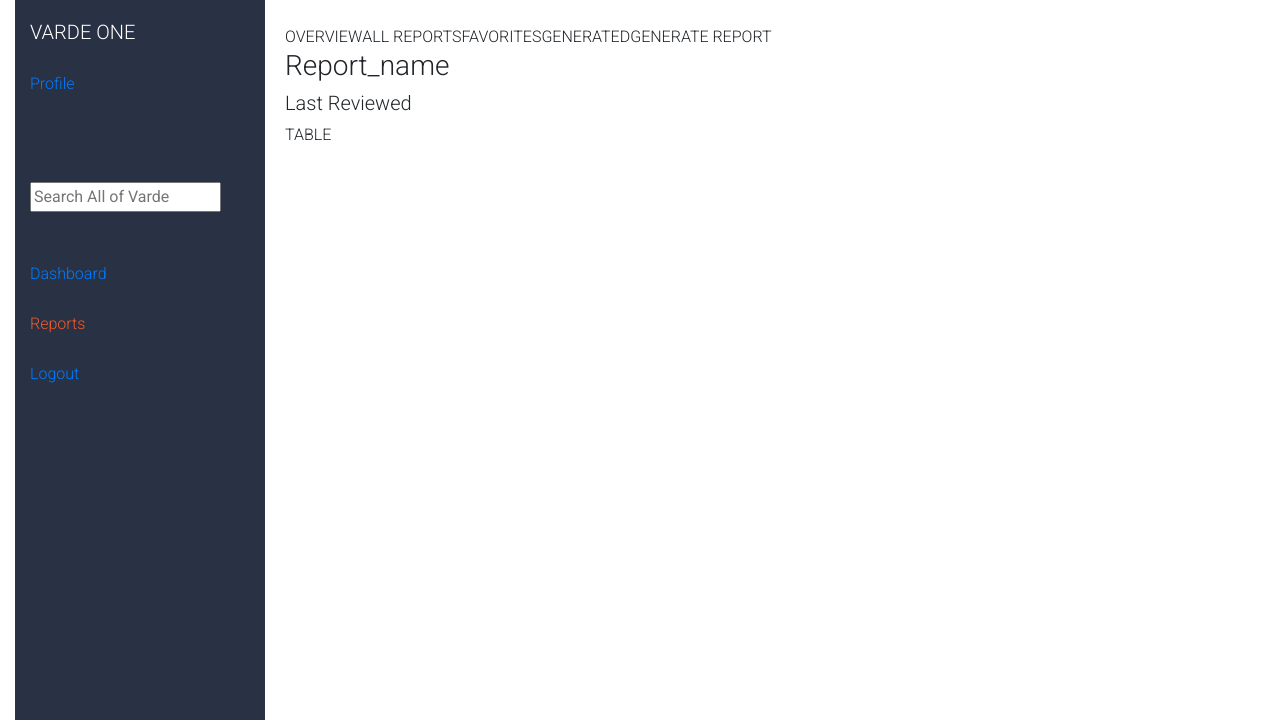
Repository: slavishtipkov/cra-redux
Page: /reports
An editor plug-in stored every save of this project. The page is shown before and after a run of saves, followed by the edit.
The browser window is 1280 px wide. The pictures show the whole page.
The project was rebuilt for these pictures with package versions that can differ from the ones it lists, and the page was loaded fresh each time.

Above is the page before, as saved 2019-07-09 13:18:01.

### src/index.js
import React from "react";
import ReactDOM from "react-dom";
import { BrowserRouter as Router } from "react-router-dom";

import * as serviceWorker from "./serviceWorker";

import "@fortawesome/fontawesome-free/css/all.min.css";
import "bootstrap-css-only/css/bootstrap.min.css";
import "mdbreact/dist/css/mdb.css";

import App from "./Components/App";

import "./index.css";

ReactDOM.render(
  <Router>
    <App />
  </Router>,
  document.getElementById("root")
);

// If you want your app to work offline and load faster, you can change
// unregister() to register() below. Note this comes with some pitfalls.
// Learn more about service workers: https://bit.ly/CRA-PWA
serviceWorker.unregister();

### src/index.css
@import-normalize;

#root {
  max-width: 1350px;
  min-width: 960px;
  margin: 0 auto;
}

### src/Components/App/App.js
import React, { Suspense, lazy } from "react";
import { Route, Switch } from "react-router-dom";

import SideBar from "../Common/SideBar";

import "./App.scss";

const Login = lazy(() => import("../../Containers/Login"));
const Profile = lazy(() => import("../../Containers/Profile"));
const Dashboard = lazy(() => import("../../Containers/Dashboard"));
const Reports = lazy(() => import("../../Containers/Reports"));
const NotFound = lazy(() => import("../Common/NotFound"));

const App = ({ childProps }) => {
  return (
    <div className="container-fluid">
      <SideBar />
      <Suspense fallback={<div>Loading...</div>}>
        <Switch>
          <Route path="/" exact component={Login} props={childProps} />
          <Route path="/profile" exact component={Profile} props={childProps} />
          <Route
            path="/dashboard"
            exact
            component={Dashboard}
            props={childProps}
          />
          <Route path="/reports" exact component={Reports} props={childProps} />
          <Route component={NotFound} />
        </Switch>
      </Suspense>
    </div>
  );
};

export default App;

### src/Components/App/App.scss
.container-fluid {
  width: 100%;
  height: 100vh;

  display: flex;
  align-items: stretch;

  .side-bar {
    width: 20%;
  }

  .page {
    padding-left: 20px;
    width: 80%;

    .page-header {
      .page-header-nav ul {
        display: flex;
        margin: 0;
        padding: 0;

        margin-top: 25px;

        li {
          display: block;
        }
      }
    }
  }
}

### src/Containers/Reports/index.js
import Reports from "./Reports";

export default Reports;

### src/Components/Common/SideBar/SideBar.js
import React from "react";
import { NavLink } from "react-router-dom";

import "./sideBar.scss";
import { MDBContainer, MDBRow, MDBCol } from "mdbreact";
const SideBar = () => {
  const activeStyle = { color: "#F15B2A" };

  return (
    <nav className="side-bar">
      <h5 className="heading">VARDE ONE</h5>
      <div className="profile-section">
        <NavLink to="/profile" activeStyle={activeStyle}>
          Profile
        </NavLink>
      </div>
      <div className="search-bar">
        <input type="text" placeholder="Search All of Varde" />
      </div>
      <div className="main-links">
        <NavLink to="/dashboard" activeStyle={activeStyle}>
          Dashboard
        </NavLink>
        <NavLink to="/reports" activeStyle={activeStyle} exact>
          Reports
        </NavLink>
      </div>
      <NavLink to="/logout" activeStyle={activeStyle}>
        Logout
      </NavLink>
    </nav>
  );
};

export default SideBar;

### src/Containers/Reports/Reports.js
import React from "react";

const Reports = () => (
  <div className="reports-page page">
    <div className="reports-page-header page-header">
      <div className="page-header-nav">
        <ul>
          <li>OVERVIEW</li>
          <li>ALL REPORTS</li>
          <li>FAVORITES</li>
          <li>GENERATED</li>
          <li>GENERATE REPORT</li>
        </ul>
      </div>
      <div className="page-header-content">
        <h3>Report_name</h3>
      </div>
    </div>
    <div className="page-content">
      <h5>Last Reviewed</h5>
      <div className="table">TABLE</div>
    </div>
  </div>
);

export default Reports;

### src/Components/Common/SideBar/sideBar.scss
.side-bar {
  display: flex;
  flex-direction: column;

  padding-left: 15px;
  padding-right: 15px;
  background-color: #293244;

  .heading {
    padding-top: 20px;
    padding-bottom: 20px;
    color: white;
  }

  .profile-section {
    height: 90px;
    margin-bottom: 20px;
  }

  .serach-bar {
    padding-top: 20px;
    margin-bottom: 50px;

    input {
      display: inline;
    }
  }

  .main-links {
    display: flex;
    flex-direction: column;
    margin-top: 50px;

    a {
      height: 50px;
      text-decoration: none;
    }
  }
}

Loaded but not shown: public/index.html (common file); src/serviceWorker.js (common file); src/Components/App/index.js (common file); src/Components/Common/SideBar/index.js (common file)

After the next 2 saves:
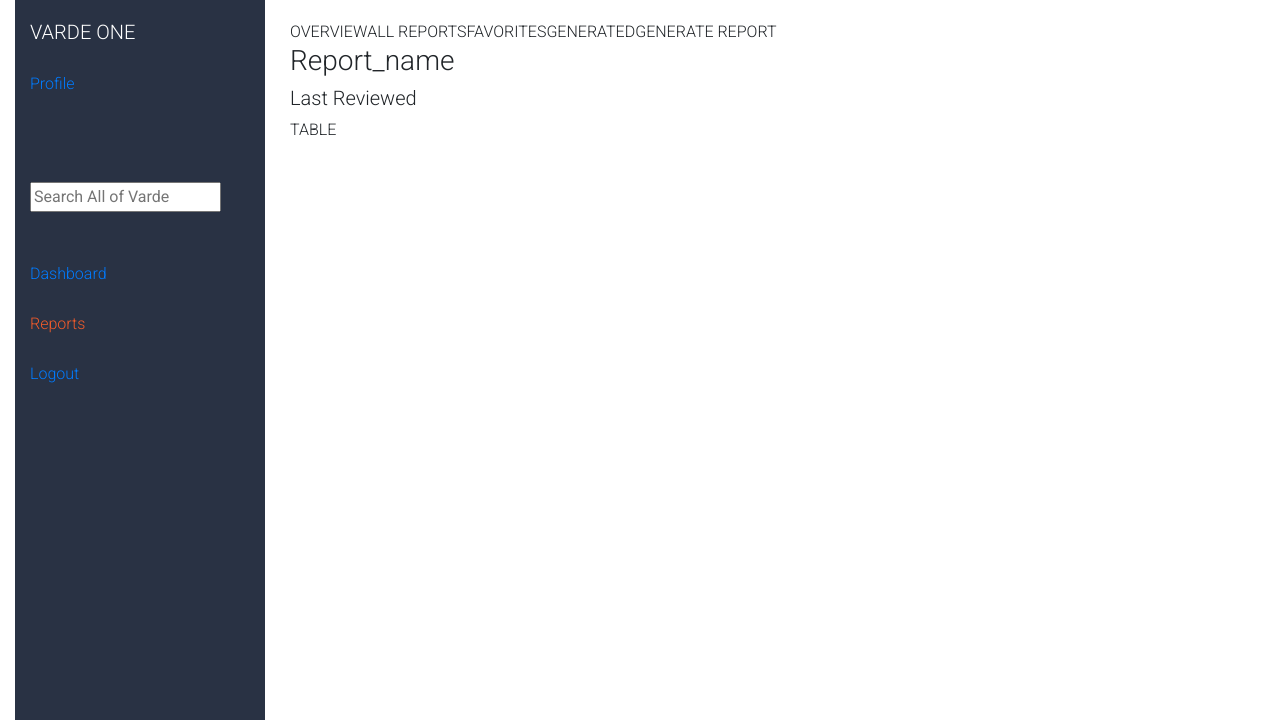
The 2 saves are shown as one change because they came seconds apart.
The last was saved 7 s later.
--- a/src/Components/App/App.scss
+++ b/src/Components/App/App.scss
@@ -10,7 +10,7 @@
   }
 
   .page {
-    padding-left: 20px;
+    padding-left: 25px;
     width: 80%;
 
     .page-header {
@@ -19,7 +19,7 @@
         margin: 0;
         padding: 0;
 
-        margin-top: 25px;
+        margin-top: 20px;
 
         li {
           display: block;
